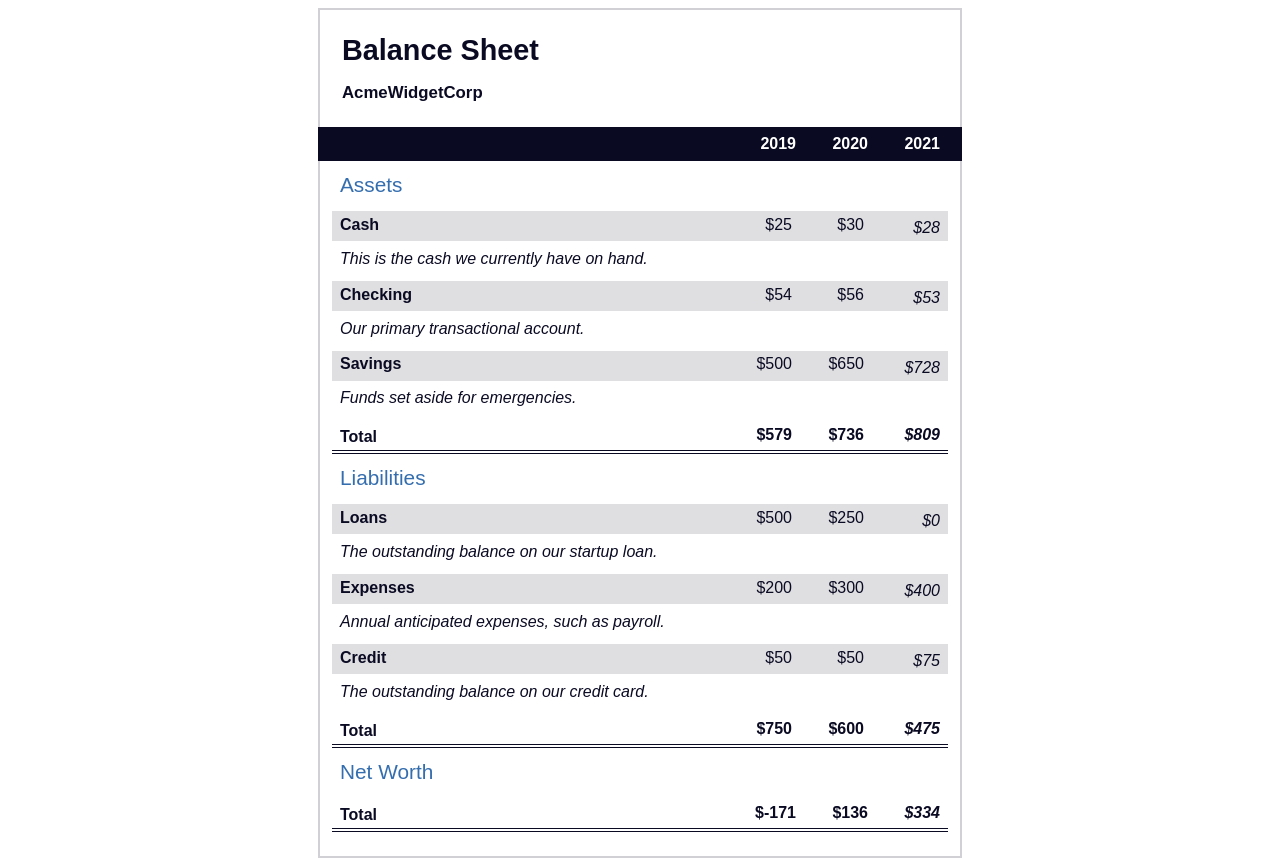
Repository: Pafestivo/Third-Chapter---psuedo-selectors
Page: index.html
An editor plug-in stored every save of this project. The page is shown before and after the next save, followed by the edit.
The browser window is 1280 px wide. The pictures show the whole page.

Above is the page before, as saved 2022-09-04 11:29:39.

### index.html
<!DOCTYPE html>
<html lang="en">
  <head>
    <meta charset="UTF-8">
    <meta name="viewport" content="width=device-width, initial-scale=1.0">
    <title>Balance Sheet</title>
    <link rel="stylesheet" href="./styles.css">
  </head>
  <body>
    <main>
      <section>
        <h1>
          <span class="flex">
            <span>AcmeWidgetCorp</span>
            <span>Balance Sheet</span>
          </span>
        </h1>
        <div id="years" aria-hidden="true">
          <span class="year">2019</span>
          <span class="year">2020</span>
          <span class="year">2021</span>
        </div>
        <div class="table-wrap">
          <table>
            <caption>Assets</caption>
            <thead>
              <tr>
                <td></td>
                <th><span class="sr-only year">2019</span></th>
                <th><span class="sr-only year">2020</span></th>
                <th class="current"><span class="sr-only year">2021</span></th>
              </tr>
            </thead>
            <tbody>
              <tr class="data">
                <th>Cash <span class="description">This is the cash we currently have on hand.</span></th>
                <td>$25</td>
                <td>$30</td>
                <td class="current">$28</td>
              </tr>
              <tr class="data">
                <th>Checking <span class="description">Our primary transactional account.</span></th>
                <td>$54</td>
                <td>$56</td>
                <td class="current">$53</td>
              </tr>
              <tr class="data">
                <th>Savings <span class="description">Funds set aside for emergencies.</span></th>
                <td>$500</td>
                <td>$650</td>
                <td class="current">$728</td>
              </tr>
              <tr class="total">
                <th>Total <span class="sr-only">Assets</span></th>
                <td>$579</td>
                <td>$736</td>
                <td class="current">$809</td>
              </tr>
            </tbody>
          </table>
          <table>
            <caption>Liabilities</caption>
            <thead>
              <tr>
              <td></td>
              <th><span class="sr-only">2019</span></th>
              <th><span class="sr-only">2020</span></th>
              <th><span class="sr-only">2021</span></th>
              </tr>
            </thead>
            <tbody>
              <tr class="data">
                <th>Loans <span class="description">The outstanding balance on our startup loan.</span></th>
                <td>$500</td>
                <td>$250</td>
                <td class="current">$0</td>
              </tr>
              <tr class="data">
                <th>Expenses <span class="description">Annual anticipated expenses, such as payroll.</span></th>
                <td>$200</td>
                <td>$300</td>
                <td class="current">$400</td>
              </tr>
              <tr class="data">
                <th>Credit <span class="description">The outstanding balance on our credit card.</span></th>
                <td>$50</td>
                <td>$50</td>
                <td class="current">$75</td>
              </tr>
              <tr class="total">
                <th>Total <span class="sr-only">Liabilities</span></th>
                <td>$750</td>
                <td>$600</td>
                <td class="current">$475</td>
              </tr>
            </tbody>
          </table>
          <table>
            <caption>Net Worth</caption>
            <thead>
              <tr>
              <td></td>
              <th><span class="sr-only">2019</span></th>
              <th><span class="sr-only">2020</span></th>
              <th><span class="sr-only">2021</span></th>
              </tr>
            </thead>
            <tbody>
              <tr class="total">
                <th>Total <span class="sr-only">Net Worth</span></th>
                <td>$-171</td>
                <td>$136</td>
                <td class="current">$334</td>
              </tr>
            </tbody>
          </table>
        </div>
      </section>
    </main>
  </body>
</html>

### styles.css
span[class~="sr-only"] {
    border: 0 !important;
    clip: rect(1px, 1px, 1px, 1px) !important;
    clip-path: inset(50%) !important;
    -webkit-clip-path: inset(50%) !important;
    height: 1px !important;
    width: 1px !important;
    position: absolute !important;
    overflow: hidden !important;
    white-space: nowrap !important;
    padding: 0 !important;
    margin: -1px !important;
  }

  html {
    box-sizing: border-box;
  }

  body {
    font-family: sans-serif;
    color: #0a0a23;
  }

  h1 {
    max-width: 37.25rem;
    margin: 0 auto;
    padding: 1.5rem 1.25rem;
  }

  h1 .flex {
    display: flex;
    flex-direction: column-reverse;
    gap: 1rem;
  }

  h1 .flex span:first-of-type {
    font-size: 0.7em;
  }

  h1 .flex span:last-of-type {
    font-size: 1.2em;
  }

  section {
    max-width: 40rem;
    margin: 0 auto;
    border: 2px solid #d0d0d5;
  }

  #years {
    display: flex;
    justify-content: flex-end;
    position: sticky;
    top: 0;
    background: #0a0a23;
    color: #fff;
    z-index: 999;
    padding: 0.5rem calc(1.25rem + 2px) 0.5rem 0;
    margin: 0 -2px;
  }

  #years span[class] {
    font-weight: bold;
    width: 4.5rem;
    text-align: right;
  }

  .table-wrap {
    padding: 0 0.75rem 1.5rem 0.75rem;
  }

  table {
    border-collapse: collapse;
    border: 0;
    width: 100%;
    position: relative;
    margin-top: 3rem;
  }

  table caption {
    color: #356eaf;
    font-size: 1.3em;
    font-weight: normal;
    position: absolute;
    top: -2.25rem;
    left: 0.5rem;
  }

  tbody td {
    width: 100vw;
    min-width: 4rem;
    max-width: 4rem;
  }

  tbody th {
    width: calc(100% - 12rem);
  }

  tr[class="total"] {
    border-bottom: 4px double #0a0a23;
    font-weight: bold;
  }

  tr[class="total"] th {
    text-align: left;
    padding: 0.5rem 0 0.25rem 0.5rem;
  }

  tr.total td {
    text-align: right;
    padding: 0 0.25rem;
  }

  tr.total td:nth-of-type(3) {
    padding-right: 0.5rem;
  }

  tr.total:hover {
    background-color: #99c9ff;
  }

  td.current {
    font-style: italic;
  }

  tr.data {
    background-image: linear-gradient(to bottom, #dfdfe2 1.845rem, white 1.845rem);
  }

  tr.data th {
    text-align: left;
    padding-top: 0.3rem;
    padding-left: 0.5rem;
  }

  tr.data th .description {
    display: block;
    font-weight: normal;
    font-style: italic;
    padding: 1rem 0 0.75rem;
    margin-right: -13.5rem;
  }

  tr.data td {
    vertical-align: top;
    padding: 0.3rem 0.25rem 0;
    text-align: right;
  }

  tr.data td:last-of-type {
    padding: 0.5rem;
  }

After the next save:
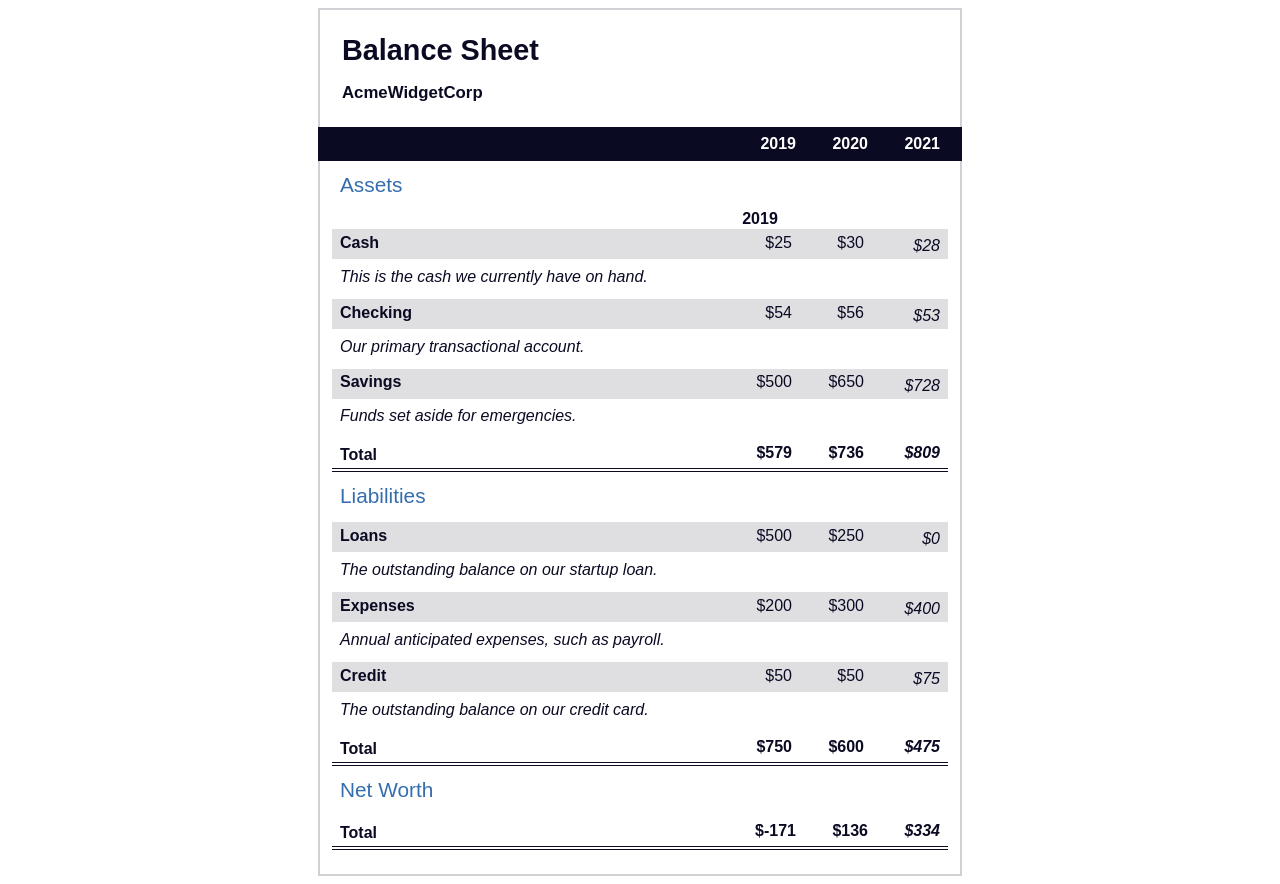
Saved 6 min 18 s later.
--- a/index.html
+++ b/index.html
@@ -26,7 +26,7 @@
             <thead>
               <tr>
                 <td></td>
-                <th><span class="sr-only year">2019</span></th>
+                <th><span class="sr- year">2019</span></th>
                 <th><span class="sr-only year">2020</span></th>
                 <th class="current"><span class="sr-only year">2021</span></th>
               </tr>

After the save that followed:
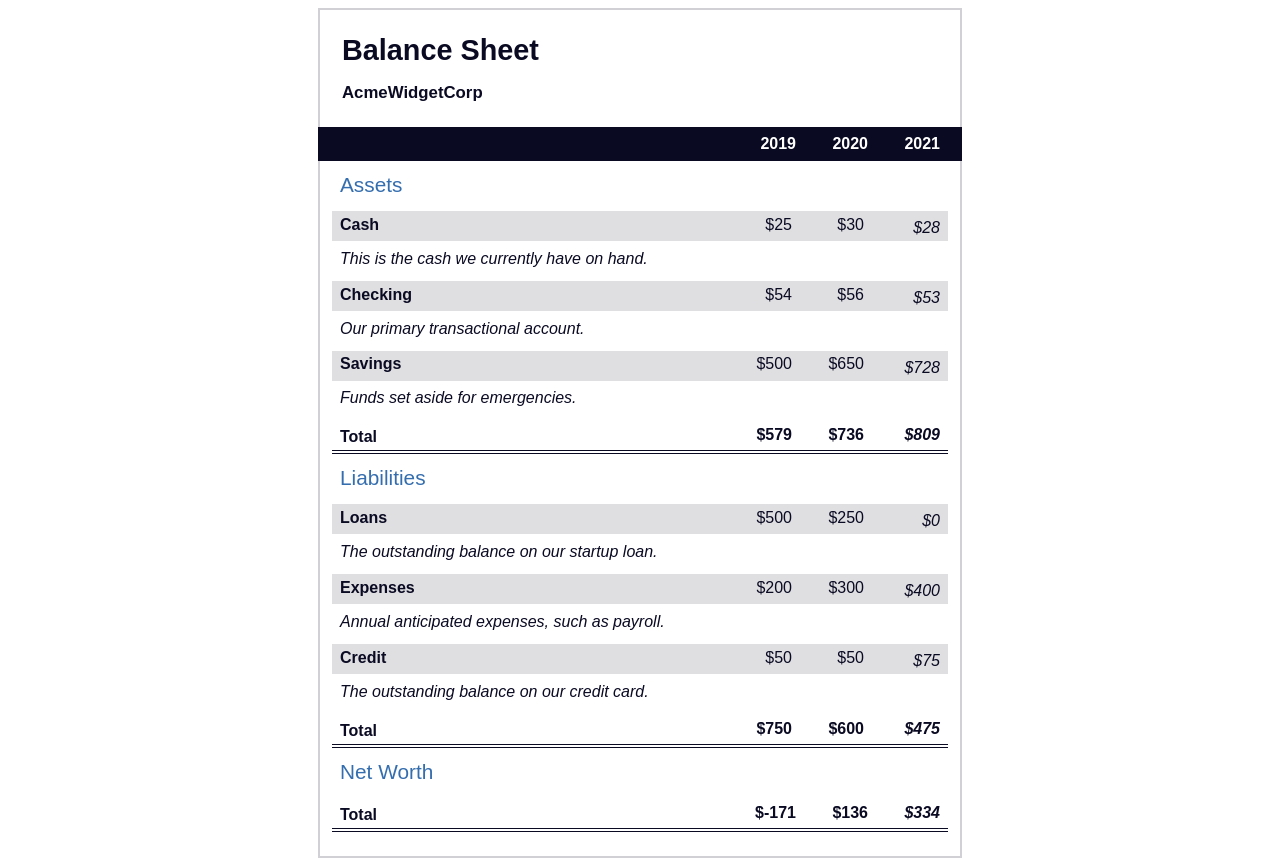
Saved 5 s later.
--- a/index.html
+++ b/index.html
@@ -26,7 +26,7 @@
             <thead>
               <tr>
                 <td></td>
-                <th><span class="sr- year">2019</span></th>
+                <th><span class="sr-only year">2019</span></th>
                 <th><span class="sr-only year">2020</span></th>
                 <th class="current"><span class="sr-only year">2021</span></th>
               </tr>
